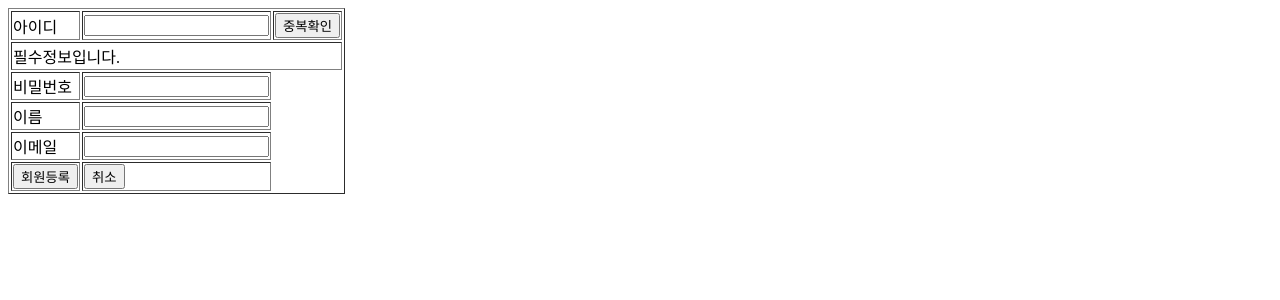
Repository: JungYOsup/Mini_project
Page: http://localhost/EsCape_Room/sign_up_form.jsp
An editor plug-in stored every save of this project. The page is shown before and after the next save, followed by the edit.
The browser window is 1280 px wide. The pictures show the whole page.
The page is served by Tomcat 9.

Above is the page before, as saved 2018-01-16 05:33:48.

After the next save:
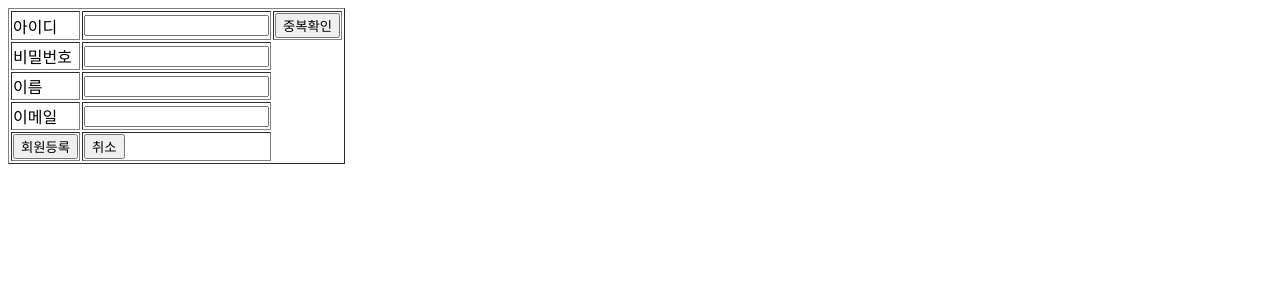
Saved 60 s later.
--- a/EsCape_Room/WebContent/sign_up_form.jsp
+++ b/EsCape_Room/WebContent/sign_up_form.jsp
@@ -70,7 +70,7 @@
 	<td><input type="button" value="중복확인" onclick="check(idchk.value)"></td>
 
  	</tr>
- 	<tr class="a" >
+ 	<tr class="a" style="display: none">
 
  		<td colspan="3">필수정보입니다.</td>
  	</tr>
